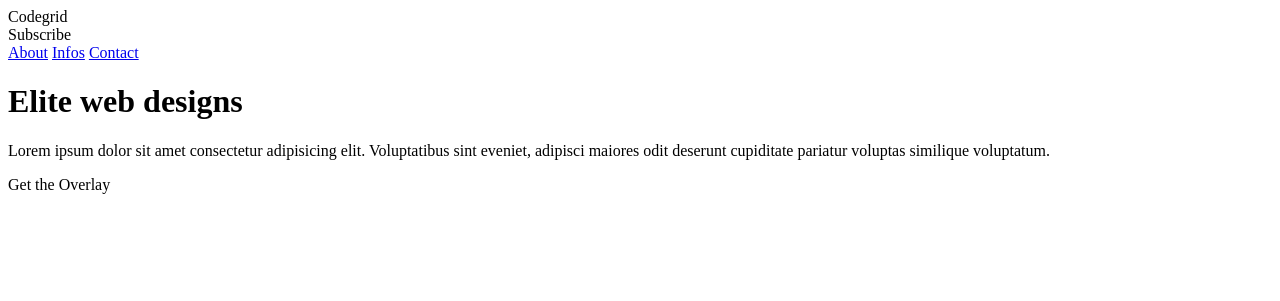
Repository: burhanjawed/Responsive-Slide-Out-Menu
Page: index.html
The author's editor kept a copy of each file at every save. The page is drawn from the files as they stood at one save, then again after the next save.
The browser window is 1280 px wide. The pictures show the whole page.
Some icons come from a web library that is not loaded, so they are not drawn. Some web libraries are served in a nearby version.

Above is the page before, as saved 2023-11-26 20:48:13.

After the next save:
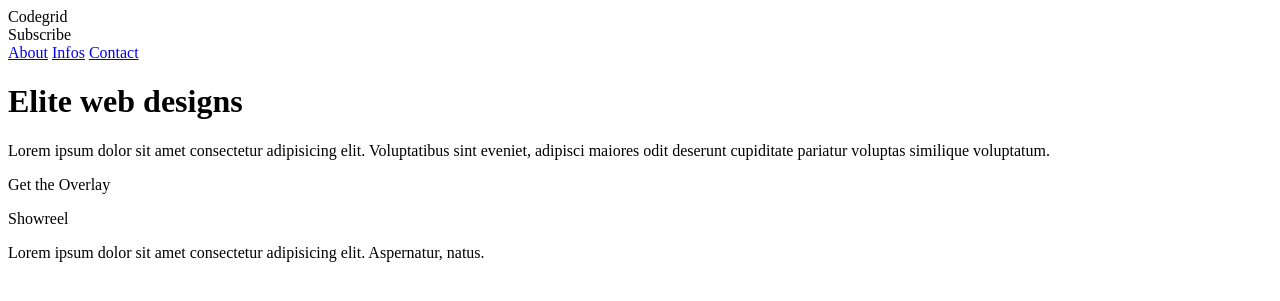
Saved 11 min 40 s later.
--- a/index.html
+++ b/index.html
@@ -34,6 +34,21 @@
         <p><i class="ph ph-arrow-right"></i></p>
       </div>
     </div>
+
+    <div class="sidebar">
+      <div class="card">
+        <div class="card-title">
+          <div>Showreel</div>
+          <div class="close-btn"><i class="ph-thin ph-x"></i></div>
+        </div>
+        <div class="card-copy">
+          <p>
+            Lorem ipsum dolor sit amet consectetur adipisicing elit. Aspernatur,
+            natus.
+          </p>
+        </div>
+      </div>
+    </div>
     <script src="https://cdnjs.cloudflare.com/ajax/libs/gsap/3.12.2/gsap.min.js"></script>
     <script></script>
   </body>
